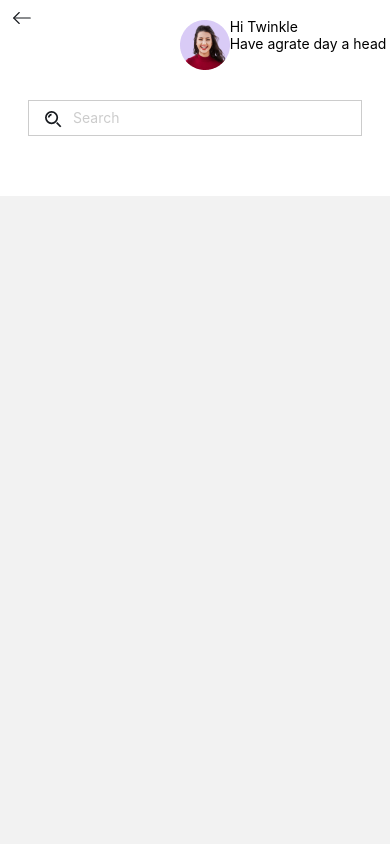
Repository: tungcutte35/TH_ReactNative_Tuan7
Screen: /Todos
These files come from the project's save history. The screen is drawn as it stood at one moment and after the next save; the edit follows.
The app was drawn by React Native's web renderer in a window 390 px wide. The project was rebuilt for these pictures with package versions that can differ from the ones it lists, and the page was loaded fresh each time.

Above is the screen before, as saved 2023-10-30 17:02:58.

### App.js
import { NavigationContainer } from "@react-navigation/native";
import { createNativeStackNavigator } from "@react-navigation/native-stack";

import { StatusBar } from "expo-status-bar";
import { StyleSheet, Text, View } from "react-native";
import Home from "./components/Home";
import Todos from "./components/Todos";

export default function App() {
  const Stack = createNativeStackNavigator();
  return (
    <NavigationContainer>
      <Stack.Navigator>
        <Stack.Screen
          name="Home"
          component={Home}
          options={{
            headerShown: false,
          }}
        />
        <Stack.Screen
          name="Todos"
          component={Todos}
          options={{
            headerShown: false,
          }}
        />
      </Stack.Navigator>
    </NavigationContainer>
  );
}

const styles = StyleSheet.create({
  container: {
    flex: 1,
    backgroundColor: "#fff",
    alignItems: "center",
    justifyContent: "center",
  },
});

### components/Home.js
import React from "react";
import {
  Image,
  Pressable,
  StyleSheet,
  Text,
  TextInput,
  View,
} from "react-native";
import { Img } from "../assets/img.png";
const Home = ({ navigation }) => {
  return (
    <View style={styles.container}>
      <View style={styles.img}>
        <Image style={styles.img} source={require("../assets/img.png")} />
      </View>
      <Text style={styles.text}> MANAGE YOUR TASK</Text>
      <View style={styles.viewInput}>
        <TextInput placeholder="Enter your name" style={styles.input} />
        <Image style={styles.img1} source={require("../assets/Frame.svg")} />
      </View>
      <Pressable
        style={styles.btn}
        onPress={() => navigation.navigate("Todos")}
      >
        <Text style={styles.text1}>GET STARTED</Text>
      </Pressable>
    </View>
  );
};

const styles = StyleSheet.create({
  container: {
    flex: 1,
    justifyContent: "center",
    alignItems: "center",
    backgroundColor: "#fff",
  },
  img: {
    marginBottom: 42,
    width: 271,
    height: 271,
  },
  img1: {
    width: 20,
    height: 20,
    position: "absolute",
    top: 9,
    left: 15,
  },
  text: {
    fontSize: 24,
    color: "rgba(131, 83, 226, 1)",
    fontWeight: 700,
    maxWidth: 200,
    textAlign: "center",
    marginBottom: 60,
  },
  viewInput: {
    marginHorizontal: 27,
    marginBottom: 60,
  },
  input: {
    paddingLeft: 44,
    paddingRight: 166,
    paddingTop: 8,
    paddingBottom: 9,
    border: "1px solid #ccc",
    color: "#ccc",
    width: 334,
  },
  btn: {
    backgroundColor: "rgba(0, 189, 214, 1)",
    paddingHorizontal: 30,
    paddingVertical: 9,
    borderRadius: 10,
  },
  text1: {
    color: "#fff",
    fontSize: 18,
  },
});
export default Home;

### components/Todos.js
import React from "react";
import { TextInput } from "react-native";
import { Image, StyleSheet, Text, View } from "react-native";

const Todos = () => {
  return (
    <View style={styles.container}>
      <View style={styles.view1}>
        <Image style={styles.img1} source={require("../assets/btnBack.svg")} />
        <View style={styles.viewbox}>
          <Image style={styles.img2} source={require("../assets/avt.png")} />

          <View style={styles.vText}>
            <Text style={styles.text1}>Hi Twinkle</Text>
            <Text style={styles.text2}>Have agrate day a head</Text>
          </View>
        </View>
      </View>
      <View style={styles.viewInput}>
        <TextInput placeholder="Search" style={styles.input} />
        <Image style={styles.img3} source={require("../assets/search.svg")} />
      </View>
    </View>
  );
};
const styles = StyleSheet.create({
  container: {
    // flex: 1,
    backgroundColor: "#fff",
    alignItems: "center",
    justifyContent: "center",
  },
  view1: {
    flexDirection: "row",
    marginBottom: 30,
    gap: 140,
  },
  viewbox: {
    flexDirection: "row",
    justifyContent: "center",
    alignItems: "center",
  },
  img1: {
    width: 36,
    height: 36,
  },
  img2: {
    width: 50,
    height: 50,
    marginTop: 20,
    justifyContent: "center",
    alignItems: "center",
  },
  img3: {
    width: 20,
    height: 20,
    position: "absolute",
    top: 9,
    left: 15,
  },

  viewInput: {
    marginHorizontal: 27,
    marginBottom: 60,
  },
  input: {
    paddingLeft: 44,
    paddingRight: 166,
    paddingTop: 8,
    paddingBottom: 9,
    border: "1px solid #ccc",
    color: "#ccc",
    width: 334,
  },
});
export default Todos;

After the next save:
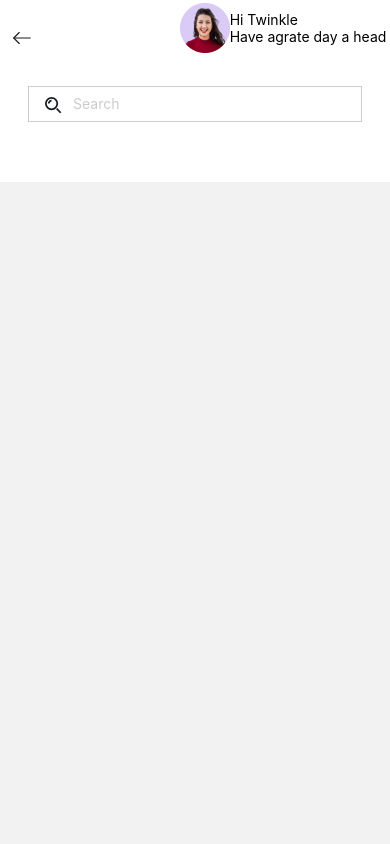
Saved 14 s later.
--- a/components/Todos.js
+++ b/components/Todos.js
@@ -43,11 +43,11 @@ const styles = StyleSheet.create({
   img1: {
     width: 36,
     height: 36,
+    marginTop: 20,
   },
   img2: {
     width: 50,
     height: 50,
-    marginTop: 20,
     justifyContent: "center",
     alignItems: "center",
   },
